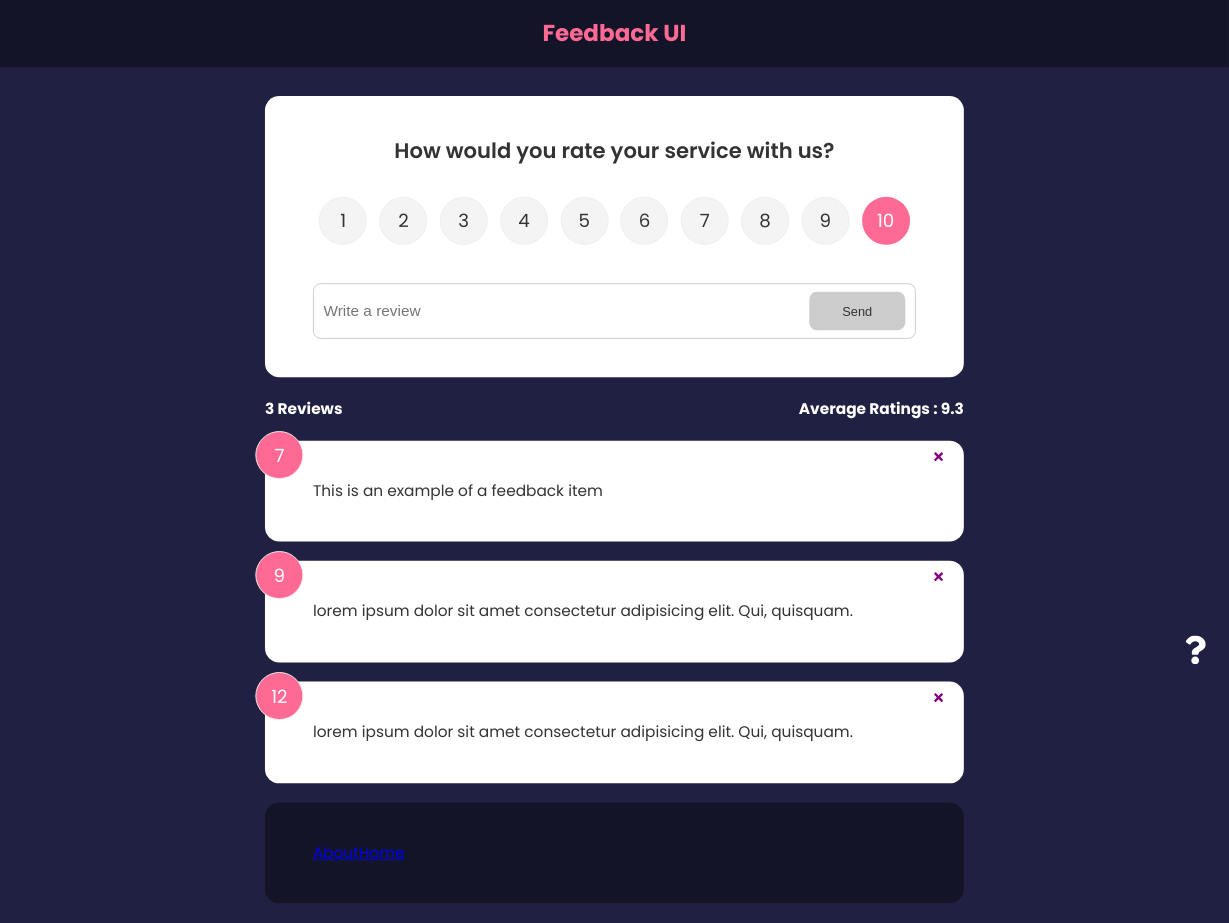
Repository: bayorwor/feedbackapp
Page: /
The author's editor kept a copy of each file at every save. The page is drawn from the files as they stood at one save, then again after the next save.
The browser window is 1280 px wide. The pictures show the whole page, at 96% of full size.
The project was rebuilt for these pictures with package versions that can differ from the ones it lists, and the page was loaded fresh each time. Also part of the build but not shown: src/pages/AboutPage.jsx.

Above is the page before, as saved 2022-01-31 07:29:15.

### public/index.html
<!DOCTYPE html>
<html lang="en">
  <head>
    <meta charset="utf-8" />
    <link rel="icon" href="%PUBLIC_URL%/favicon.ico" />
    <meta name="viewport" content="width=device-width, initial-scale=1" />
    <meta name="theme-color" content="#000000" />
    <meta
      name="description"
      content="Web site created using create-react-app"
    />
    <link rel="apple-touch-icon" href="%PUBLIC_URL%/logo192.png" />
    <link rel="manifest" href="%PUBLIC_URL%/manifest.json" />
    <title>feedback app</title>
  </head>
  <body>
    <noscript>You need to enable JavaScript to run this app.</noscript>
    <div id="root"></div>
  </body>
</html>

### src/App.js
import { useState } from "react";
import { BrowserRouter as Router, Route, Routes } from "react-router-dom";
import { v4 as uuidV4 } from "uuid";
import Header from "./components/Header";
import feedbackData from "./data/feedBacks";
import FeedbackList from "./components/FeedbackList";
import FeedbackStats from "./components/FeedbackStats";
import FeedbackForm from "./components/FeedbackForm";
import AboutPage from "./pages/AboutPage";
import AboutIconLink from "./components/AboutIconLink";
import Footer from "./components/Footer";

const App = () => {
  const [feedback, setFeedback] = useState(feedbackData);

  const deleteFeedback = (id) => {
    if (window.confirm("Are you sure you want to delete this feedback?")) {
      setFeedback(feedback.filter((feedback) => feedback.id !== id));
    }
  };

  const addFeedback = (newFeedback) => {
    newFeedback.id = uuidV4();
    setFeedback([newFeedback, ...feedback]);
  };

  return (
    <Router>
      <Header />
      <div className="container">
        <Routes>
          <Route
            exact
            path="/"
            element={
              <>
                <FeedbackForm addFeedback={addFeedback} />
                <FeedbackStats feedback={feedback} />
                <FeedbackList
                  feedback={feedback}
                  deleteFeedback={deleteFeedback}
                />
              </>
            }
          ></Route>
          <Route path="/about" element={<AboutPage />} />
        </Routes>
        <Footer />
        <AboutIconLink />
      </div>
    </Router>
  );
};

export default App;

### src/components/Header.jsx
import React from "react";
import PropTypes from "prop-types";

const Header = ({ text, bgColor, textColor }) => {
  const headerStyle = {
    backgroundColor: bgColor,
    color: textColor,
  };

  return (
    <header style={headerStyle}>
      <div className="container">
        <h2>{text}</h2>
      </div>
    </header>
  );
};

Header.defaultProps = {
  text: "Feedback UI",
  bgColor: "rgba(0, 0, 0, 0.4)",
  textColor: "#ff6a95",
};

Header.propTypes = {
  text: PropTypes.string,
  bgColor: PropTypes.string,
  textColor: PropTypes.string,
};

export default Header;

### src/data/feedBacks.js
const feedbackData = [
  {
    rating: 7,
    text: "This is an example of a feedback item",
    id: 1,
  },
  {
    rating: 9,
    text: "lorem  ipsum dolor sit  amet consectetur adipisicing elit. Qui, quisquam.",
    id: 2,
  },
  {
    rating: 12,
    text: "lorem  ipsum dolor sit  amet consectetur adipisicing elit. Qui, quisquam.",
    id: 3,
  },
];

export default feedbackData;

### src/components/FeedbackList.jsx
import PropTypes from "prop-types";
import { motion, AnimatePresence } from "framer-motion";
import FeedbaackItem from "./FeedbaackItem";

function FeedbackList({ feedback, deleteFeedback }) {
  if (!feedback || feedback.length === 0) {
    return <p>There are no feedbacks to display</p>;
  }

  return (
    <div className="feedback-list">
      <AnimatePresence>
        {feedback.map((feedback) => (
          <motion.div
            key={feedback.id}
            initial={{ opacity: 0 }}
            animate={{ opacity: 1 }}
            exit={{ opacity: 0 }}
          >
            <FeedbaackItem
              key={feedback.id}
              feedback={feedback}
              deleteFeedback={deleteFeedback}
            />
          </motion.div>
        ))}
      </AnimatePresence>
    </div>
  );
  // return (
  //   <div className="feedback-list">
  //     {feedback.map((feedback) => (
  //       <FeedbaackItem
  //         key={feedback.id}
  //         feedback={feedback}
  //         deleteFeedback={deleteFeedback}
  //       />
  //     ))}
  //   </div>
  // );
}

FeedbackList.propTypes = {
  feedback: PropTypes.array.isRequired,
};

export default FeedbackList;

### src/components/FeedbackStats.jsx
import PropTypes from "prop-types";

function FeedbackStats({ feedback }) {
  let average =
    feedback.reduce((total, feedback) => total + feedback.rating, 0) /
    feedback.length;

  average = average.toFixed(1);

  return (
    <div className="feedback-stats">
      <h4>{feedback.length} Reviews</h4>
      <h4>Average Ratings : {isNaN(average) ? 0 : average}</h4>
    </div>
  );
}

FeedbackStats.propTypes = {
  feedback: PropTypes.array.isRequired,
};

export default FeedbackStats;

### src/components/FeedbackForm.jsx
import { useState } from "react";
import Card from "./shared/Card";
import Button from "./shared/Button";
import RatingSelect from "./RatingSelect";

function FeedbackForm({ addFeedback }) {
  const [text, setText] = useState("");
  const [rating, setRating] = useState(10);
  const [btnDisabled, setBtnDisabled] = useState(true);
  const [message, setMessage] = useState("");

  const handleChange = (event) => {
    if (text === "") {
      setBtnDisabled(true);
      setMessage(null);
    } else if (text !== "" && text.trim().length <= 10) {
      setBtnDisabled(true);
      setMessage("Please enter at least 10 characters");
    } else {
      setBtnDisabled(false);
      setMessage(null);
    }
    setText(event.target.value);
  };

  const handleSubmit = (event) => {
    event.preventDefault();
    if (text.trim().length > 10) {
      const newFeedback = {
        text,
        rating,
      };
      addFeedback(newFeedback);
      setText("");
      setRating(10);
      setBtnDisabled(true);
    }
  };

  return (
    <Card>
      <form onSubmit={handleSubmit}>
        <h2>How would you rate your service with us?</h2>
        <RatingSelect select={(rating) => setRating(rating)} />
        <div className="input-group">
          <input
            onChange={handleChange}
            value={text}
            type="text"
            placeholder="Write a review"
          />
          <Button type="submit" isDisabled={btnDisabled}>
            Send
          </Button>
        </div>
        {message && <div className="message">{message}</div>}
      </form>
    </Card>
  );
}

export default FeedbackForm;

### src/components/AboutIconLink.jsx
import React from "react";
import { FaQuestion } from "react-icons/fa";
import { Link } from "react-router-dom";

function AboutIconLink() {
  return (
    <div className="about-link">
      <Link to="/about">
        <FaQuestion size={30} />
      </Link>
    </div>
  );
}

export default AboutIconLink;

### src/components/Footer.jsx
import { NavLink } from "react-router-dom";
import Card from "./shared/Card";

function Footer() {
  return (
    <Card reverse={true}>
      <div>
        <NavLink to="/about">About</NavLink>
        <NavLink to="/">Home</NavLink>
      </div>
      <p>{Date.now().getFullYear}</p>
    </Card>
  );
}

export default Footer;

### src/components/FeedbaackItem.jsx
import { FaTimes } from "react-icons/fa";
import PropTypes from "prop-types";
import Card from "./shared/Card";

function FeedbaackItem({ feedback, deleteFeedback }) {
  return (
    <Card>
      <div className="num-display">{feedback.rating}</div>
      <button onClick={() => deleteFeedback(feedback.id)} className="close">
        <FaTimes color="purple" />
      </button>
      <div className="text-display">{feedback.text}</div>
    </Card>
  );
}

FeedbaackItem.propTypes = {
  feedback: PropTypes.object.isRequired,
};

export default FeedbaackItem;

### src/components/shared/Card.jsx
import React from "react";
import PropTypes from "prop-types";

function Card({ children, reverse }) {
  return <div className={`card ${reverse && "reverse"}`}>{children}</div>;
}

Card.defaultProps = {
  reverse: false,
};

Card.propTypes = {
  children: PropTypes.node.isRequired,
  reverse: PropTypes.bool,
};

export default Card;

### src/components/shared/Button.js
import PropTypes from "prop-types";

function Button({ children, version, type, isDisabled }) {
  return (
    <button type={type} disabled={isDisabled} className={`btn btn-${version}`}>
      {children}
    </button>
  );
}

Button.defaultProps = {
  version: "primary",
  type: "button",
  isDisabled: false,
};

Button.prototype = {
  children: PropTypes.node.isRequired,
  version: PropTypes.string,
  type: PropTypes.string,
  isDisabled: PropTypes.bool,
};

export default Button;

### src/components/RatingSelect.jsx
import { useState } from "react";

function RatingSelect({ select }) {
  const [selected, setSelected] = useState(10);

  const handleChange = (event) => {
    setSelected(+event.currentTarget.value);
    select(+event.currentTarget.value);
  };

  return (
    <ul className="rating">
      <li>
        <input
          type="radio"
          id="num1"
          name="rating"
          value="1"
          onChange={handleChange}
          checked={selected === 1}
        />
        <label htmlFor="num1">1</label>
      </li>
      <li>
        <input
          type="radio"
          id="num2"
          name="rating"
          value="2"
          onChange={handleChange}
          checked={selected === 2}
        />
        <label htmlFor="num2">2</label>
      </li>
      <li>
        <input
          type="radio"
          id="num3"
          name="rating"
          value="3"
          onChange={handleChange}
          checked={selected === 3}
        />
        <label htmlFor="num3">3</label>
      </li>
      <li>
        <input
          type="radio"
          id="num4"
          name="rating"
          value="4"
          onChange={handleChange}
          checked={selected === 4}
        />
        <label htmlFor="num4">4</label>
      </li>
      <li>
        <input
          type="radio"
          id="num5"
          name="rating"
          value="5"
          onChange={handleChange}
          checked={selected === 5}
        />
        <label htmlFor="num5">5</label>
      </li>
      <li>
        <input
          type="radio"
          id="num6"
          name="rating"
          value="6"
          onChange={handleChange}
          checked={selected === 6}
        />
        <label htmlFor="num6">6</label>
      </li>
      <li>
        <input
          type="radio"
          id="num7"
          name="rating"
          value="7"
          onChange={handleChange}
          checked={selected === 7}
        />
        <label htmlFor="num7">7</label>
      </li>
      <li>
        <input
          type="radio"
          id="num8"
          name="rating"
          value="8"
          onChange={handleChange}
          checked={selected === 8}
        />
        <label htmlFor="num8">8</label>
      </li>
      <li>
        <input
          type="radio"
          id="num9"
          name="rating"
          value="9"
          onChange={handleChange}
          checked={selected === 9}
        />
        <label htmlFor="num9">9</label>
      </li>
      <li>
        <input
          type="radio"
          id="num10"
          name="rating"
          value="10"
          onChange={handleChange}
          checked={selected === 10}
        />
        <label htmlFor="num10">10</label>
      </li>
    </ul>
  );
}

export default RatingSelect;

Loaded but not shown: src/index.js (common file); src/index.css (common file)

After the next save:
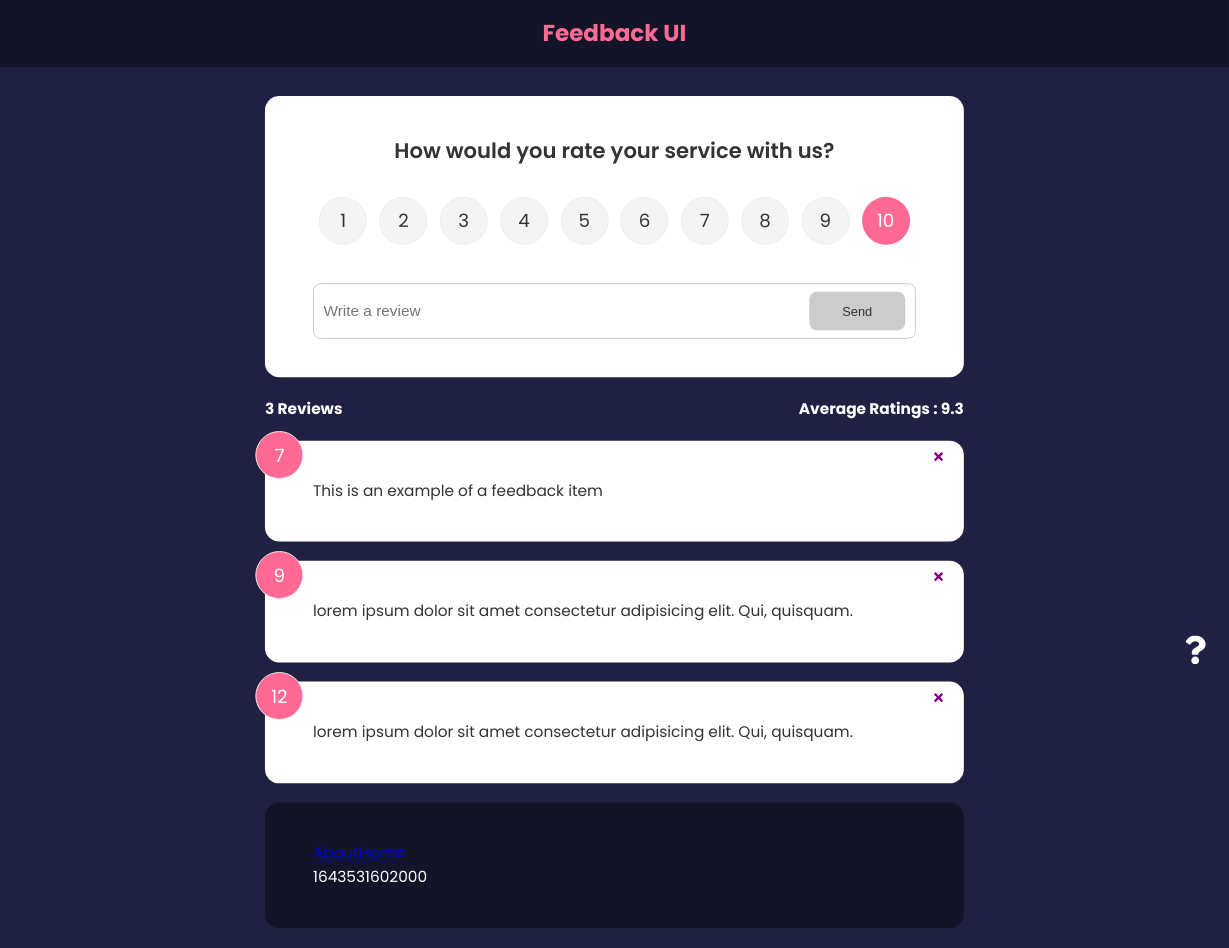
Saved 18 s later.
--- a/src/components/Footer.jsx
+++ b/src/components/Footer.jsx
@@ -8,7 +8,7 @@ function Footer() {
         <NavLink to="/about">About</NavLink>
         <NavLink to="/">Home</NavLink>
       </div>
-      <p>{Date.now().getFullYear}</p>
+      <p>{Date.now()}</p>
     </Card>
   );
 }
